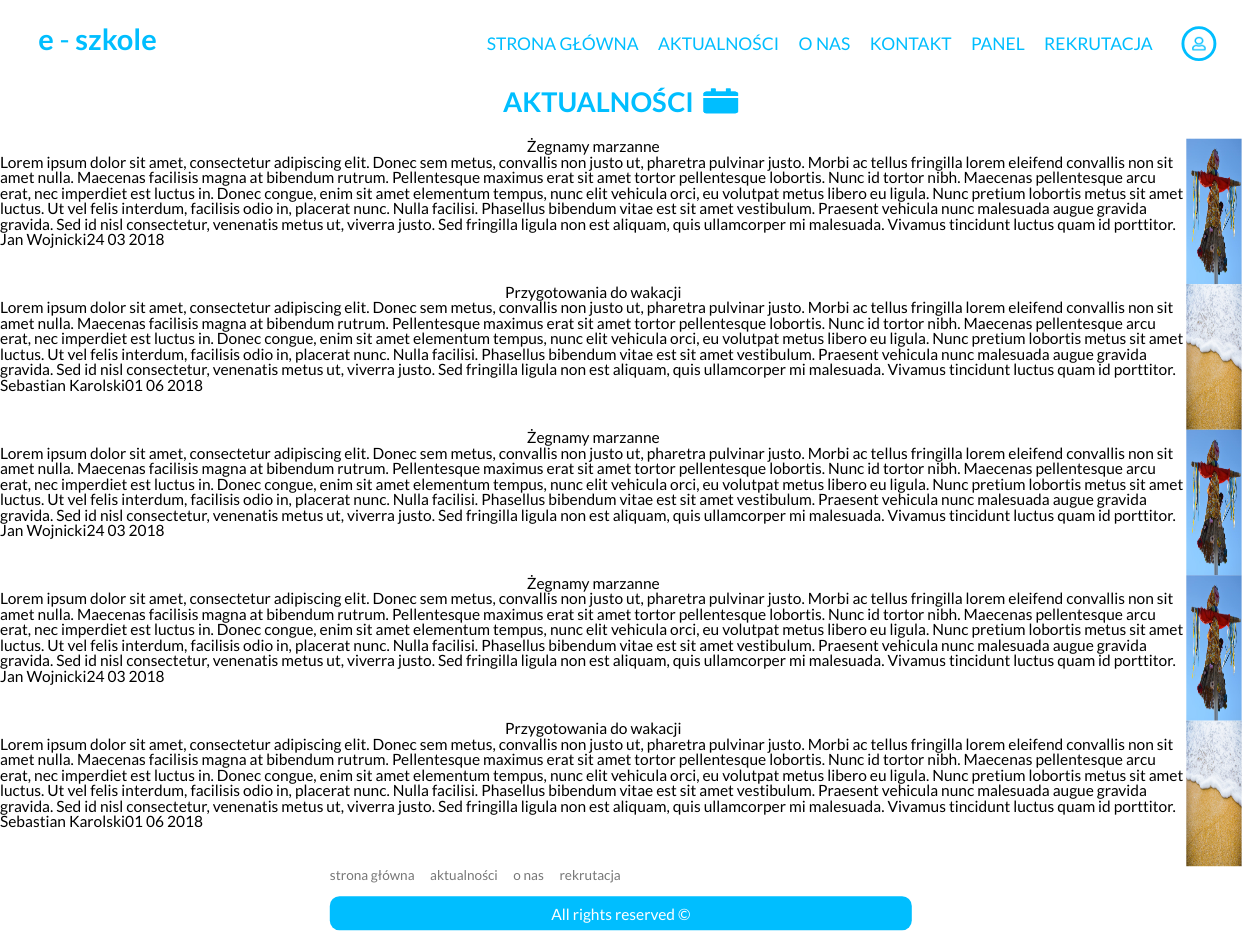
Repository: Votex874/e-szkole
Page: /blog (app in app/)
An editor plug-in stored every save of this project. The page is shown before and after the next save, followed by the edit.
The browser window is 1280 px wide. The pictures show the whole page, at 97% of full size.
The project was rebuilt for these pictures with package versions that can differ from the ones it lists, and the page was loaded fresh each time. Also part of the build but not shown: app/src/components/News/Title/index.js, app/src/components/News/Content/index.js, app/src/components/News/Avatar/index.js, app/src/components/News/Footer/index.js, app/src/components/News/index.js, app/src/components/AboutUs/Content/index.js, app/src/components/AboutUs/index.js, app/src/components/Graduates/ListItem/index.js and 11 more.

Above is the page before, as saved 2019-03-05 18:31:33.

After the next save:
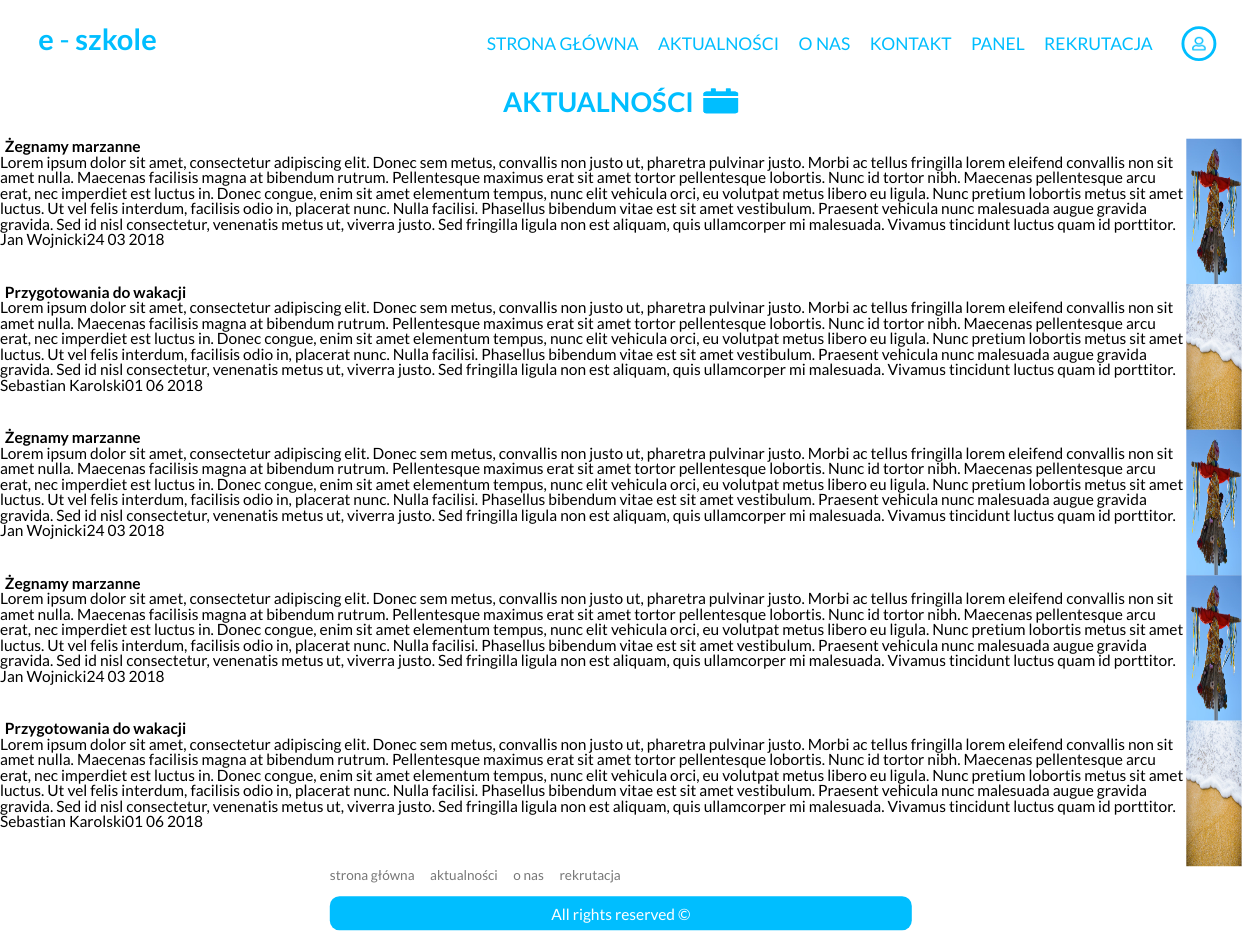
Saved 81 s later.
--- a/app/src/components/Blog/Post/Title/index.js
+++ b/app/src/components/Blog/Post/Title/index.js
@@ -5,7 +5,8 @@ const Header = styled.header`
 `
 
 const ContainerTitle = styled.h2`
-  text-align: center;
+  padding-left: 5px;
+  font-weight: bold;
 `
 
 const Title = ({ title }) => {
